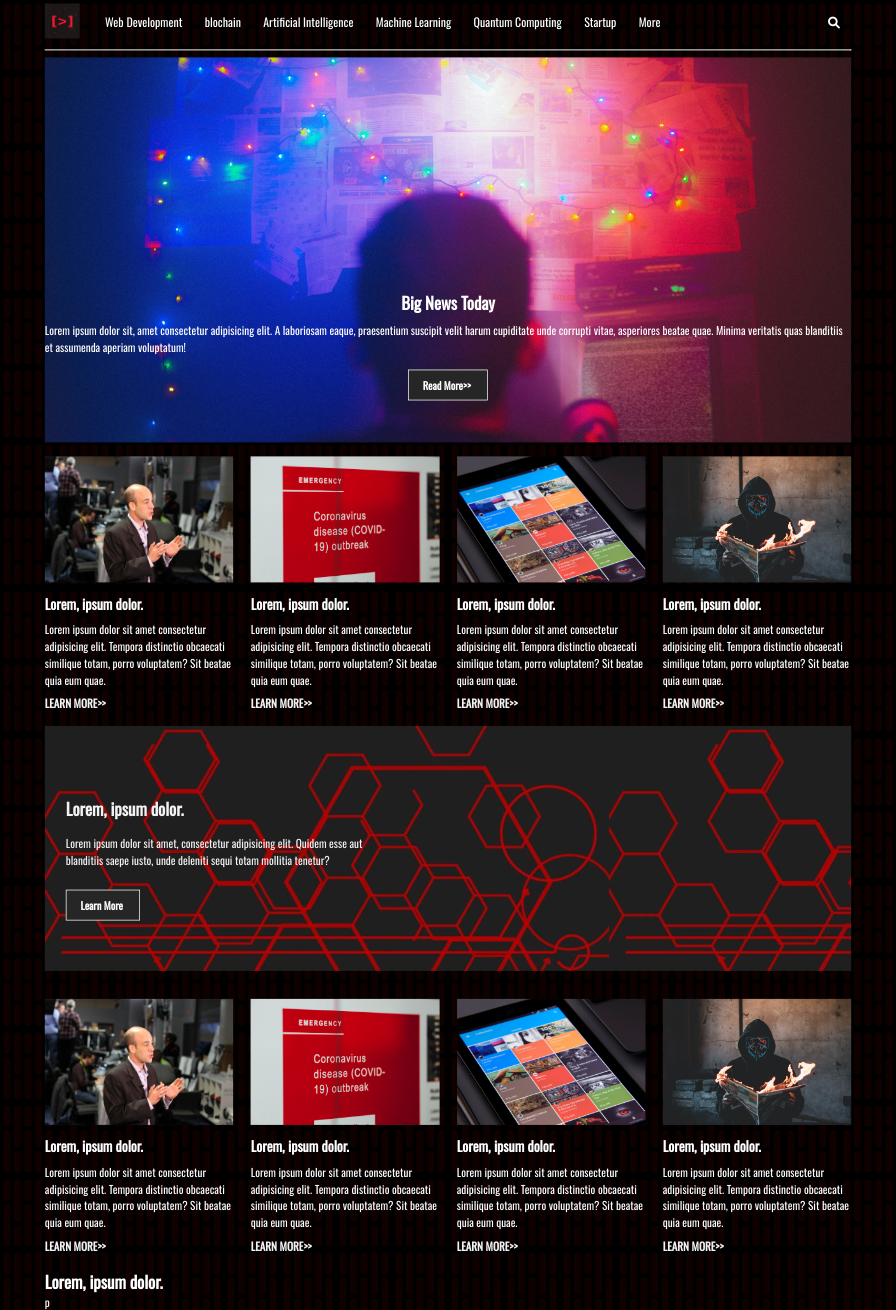
Repository: NickArregoces/News_Web
Page: index.html
The author's editor kept a copy of each file at every save. The page is drawn from the files as they stood at one save, then again after a run of saves.
The browser window is 1280 px wide. The pictures show the whole page, at 70% of full size.

Above is the page before, as saved 2021-12-24 19:59:09.

### index.html
<!DOCTYPE html>
<html lang="en">
<head>
    <meta charset="UTF-8">
    <meta http-equiv="X-UA-Compatible" content="IE=edge">
    <meta name="viewport" content="width=device-width, initial-scale=1.0">
    <title>TechNews</title>
    <!--FONT AWESOME-->
    <link rel="stylesheet" href="https://cdnjs.cloudflare.com/ajax/libs/font-awesome/6.0.0-beta3/css/all.min.css">

    <link rel="stylesheet" href="style.Css">
    <!--Oswald FONTS-->
    <link rel="preconnect" href="https://fonts.googleapis.com">
<link rel="preconnect" href="https://fonts.gstatic.com" crossorigin>
<link href="https://fonts.googleapis.com/css2?family=Oswald:wght@200;300;400&display=swap" rel="stylesheet">
</head>
<body>

    <div class="container">

        <nav class ="nav-main">
            <img src="img/brand.png" alt="" class="nav-brand">

            <ul class="nav-menu">
                <li>
                    <a href="#">Web Development</a>
                </li>
                <li>
                    <a href="#">blochain</a>
                </li>
                <li>
                    <a href="#">Artificial Intelligence</a>
                </li>
                <li>
                    <a href="#">Machine Learning</a>
                </li>
                <li>
                    <a href="#">Quantum Computing</a>
                </li>
                <li>
                    <a href="#">Startup</a>
                </li>
                <li>
                    <a href="#">More</a>
                </li>
            </ul>
            <ul class="nav-menu-right">
                <li>
                    <a href="">
                        <i class="fas fa-search"></i>
                    </a>
                </li>
            </ul>
        </nav>
        <hr> <!--Crea una linea -->


        <!--Showcase=Imagen pricnipal-->
        <header class="showcase">
            <h2>Big News Today</h2>
            <p>Lorem ipsum dolor sit, amet consectetur adipisicing elit. A laboriosam eaque, praesentium suscipit velit harum cupiditate unde corrupti vitae, asperiores beatae quae. Minima veritatis quas blanditiis et assumenda aperiam voluptatum!</p>
        <!--lorem30 te crea 30 palabras-->
            <a class="btn" href="#">Read More>> <i class="fas fa-angles-double-right"></i></a>
        </header>

        <!--NEWS CARDS(COLUMNAS)-->
        <div class="news-cards">
            <div class="">
                <img src="img/news1.jpg" alt="News 1">
                <h3>Lorem, ipsum dolor.</h3>
                <p>Lorem ipsum dolor sit amet consectetur adipisicing elit. Tempora distinctio obcaecati similique totam, porro voluptatem? Sit beatae quia eum quae.</p>
                <a href="">Learn More>><i class="fas fa-amgle-dpuble-right"></i></a>
            </div>
            <div class="">
                <img src="img/news2.jpg" alt="News 2">
                <h3>Lorem, ipsum dolor.</h3>
                <p>Lorem ipsum dolor sit amet consectetur adipisicing elit. Tempora distinctio obcaecati similique totam, porro voluptatem? Sit beatae quia eum quae.</p>
                <a href="">Learn More>><i class fas fa-amgle-dpuble-right></i></a>
            </div>
            <div class="">
                <img src="img/news3.jpg" alt="News 3">
                <h3>Lorem, ipsum dolor.</h3>
                <p>Lorem ipsum dolor sit amet consectetur adipisicing elit. Tempora distinctio obcaecati similique totam, porro voluptatem? Sit beatae quia eum quae.</p>
                <a href="">Learn More>><i class="fas fa-amgle-dpuble-right" ></i></a>
            </div>
            <div class="">
                <img src="img/news4.jpg" alt="News 4">
                <h3>Lorem, ipsum dolor.</h3>
                <p>Lorem ipsum dolor sit amet consectetur adipisicing elit. Tempora distinctio obcaecati similique totam, porro voluptatem? Sit beatae quia eum quae.</p>
                <a href="">Learn More>><i class="fas fa-amgle-dpuble-right"></i></a>
            </div>
        </div>

        <div>

            <section class="cards-banner-one">
                <div class="content">
                    <h2>Lorem, ipsum dolor.</h2>
                    <p>Lorem ipsum dolor sit amet, consectetur adipisicing elit. Quidem esse aut blanditiis saepe iusto, unde deleniti sequi totam mollitia tenetur?</p>
                    <a href="#" class="btn">Learn More <i class="fas fa-amgle-dpuble-right"></i></a>
                </div>

            </section>

            <!--NEWS CARDS(COLUMNAS)-->
        <div class="news-cards">
            <div class="">
                <img src="img/news1.jpg" alt="News 1">
                <h3>Lorem, ipsum dolor.</h3>
                <p>Lorem ipsum dolor sit amet consectetur adipisicing elit. Tempora distinctio obcaecati similique totam, porro voluptatem? Sit beatae quia eum quae.</p>
                <a href="">Learn More>><i class="fas fa-amgle-dpuble-right"></i></a>
            </div>
            <div class="">
                <img src="img/news2.jpg" alt="News 2">
                <h3>Lorem, ipsum dolor.</h3>
                <p>Lorem ipsum dolor sit amet consectetur adipisicing elit. Tempora distinctio obcaecati similique totam, porro voluptatem? Sit beatae quia eum quae.</p>
                <a href="">Learn More>><i class fas fa-amgle-dpuble-right></i></a>
            </div>
            <div class="">
                <img src="img/news3.jpg" alt="News 3">
                <h3>Lorem, ipsum dolor.</h3>
                <p>Lorem ipsum dolor sit amet consectetur adipisicing elit. Tempora distinctio obcaecati similique totam, porro voluptatem? Sit beatae quia eum quae.</p>
                <a href="">Learn More>><i class="fas fa-amgle-dpuble-right" ></i></a>
            </div>
            <div class="">
                <img src="img/news4.jpg" alt="News 4">
                <h3>Lorem, ipsum dolor.</h3>
                <p>Lorem ipsum dolor sit amet consectetur adipisicing elit. Tempora distinctio obcaecati similique totam, porro voluptatem? Sit beatae quia eum quae.</p>
                <a href="">Learn More>><i class="fas fa-amgle-dpuble-right"></i></a>
            </div>
        </div>

        <section class="cards-banner-two">
            <div class="contaer">
                <h2>Lorem, ipsum dolor.</h2>
                p

            </div>


        </section>



        </div>

    </div>


</body>
</html>

### style.Css
*{
    box-sizing: border-box;
    margin: 0;
    padding: 0;
}

body{
    background:#000000;
    color:#ffff;
    background-color: #000000;
    background-image: url("data:[embedded picture, 663 characters]");
    color:#1e272e;
    font-size: 16px;
    font-family: 'Oswald', sans-serif;
}

a{
    color: #ffff;
    text-decoration: none;
}

ul{
    list-style: none;
}
.container{
    width: 90%;/*responsive*/
    margin: auto;
    color: #ffff;/*MIO*/
}
/*Navigation*/
.nav-main{
    font-size: 17px;
    display: flex;/*Elememnto al lado de otro*/
    justify-content: space-between;
    align-items: center;
    height: 60px;
    padding: 20px 0px;
}
.nav-brand{
    width: 50px;
}

/*Nav Left*/
.nav-main ul{
    display:flex;
}

.nav-main ul li{
    padding: 10px;
}

.nav-main ul li a{
    padding: 6px;
}

.nav-main ul li a:hover {
    border-bottom: 2px solid #ffffff;
}
.nav-main ul.nav-menu{
    flex:1;
    margin-left: 20px;
}

/*Showcase*/
hr{
    margin:10px 0px;
}
.showcase{
    width: 100%;
    height: 550px;
    /*Arreglar img */
    background: url(/img/showcase2.jpg) no-repeat center center/cover;
    padding-bottom: 50px;
    margin-bottom: 20px;/*Margen interna*/
    display:flex;
    flex-direction: column;
    align-items: center;/*centrar P*/
    justify-content: flex-end; /*p al final*/
}

.btn{
    cursor: pointer;
    display: inline-block;
    border: 0;
    font-weight: bold;
    padding: 10px 20px;
    background: #262626;
    color:#ffffff;
    font-size: 15px;
    border: 1px solid #ffff;
    margin:10px 0px;
}

.btn:hover{
    opacity: 0.7;
}

.showcase h2,
.showcase p{
    margin-bottom: 10px;
}

/*News CARS*/
.news-cards{
    display: grid;
    grid-template-columns: 1fr 1fr 1fr 1fr;/*4 columnas*/
    gap: 25px;/*espaciado card*/
    margin: 10px 0;
}

.news-cards img{
    width:100%;
    height:  180px;
}

.news-cards h3{
    font-size: 20px;
    margin:  10px 0;

}

.news-cards a{
    padding: 10px 0;
    color: #f2f2f2;
    text-transform: uppercase;
    display: inline-block;
    font-weight: bold;
}

.news-cards a:hover{
    text-decoration: underline; /*Line debajo*/
}

/*Cards-banner-one*/

.cards-banner-one {
    width: 100%;
    height: 350px;
    background: url(./img/tech-red.jpg);
    margin-bottom: 40px;
}
.cards-banner-one .content{
    width: 40%;
    padding: 90px 0 0 30px;
    color: #f2f2f2;
}

.cards-banner-one p,
.cards-banner-one h2{
    margin: 10px 0 20px 0;

}

After the next 2 saves:
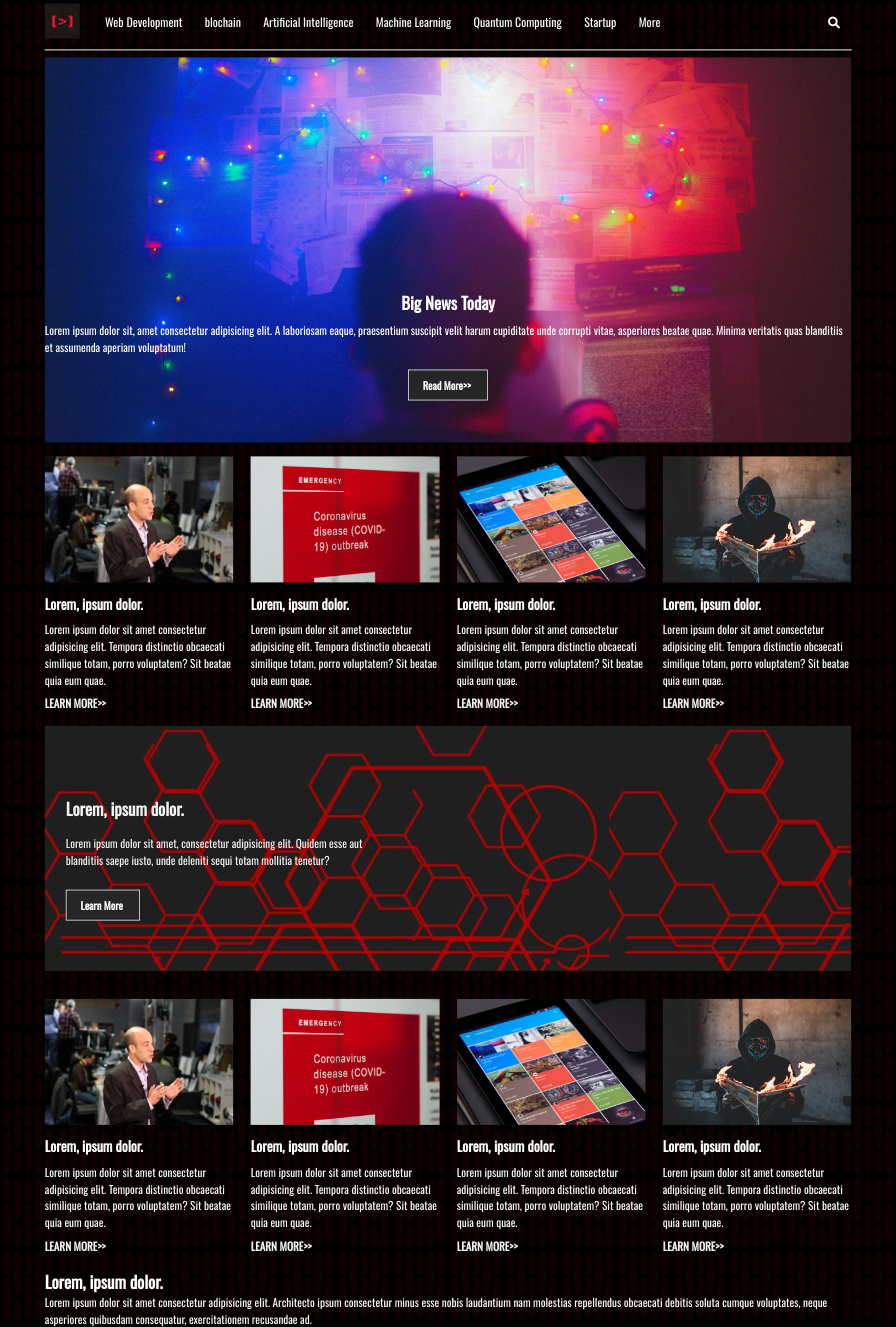
The 2 saves are shown as one change because they came seconds apart.
The last was saved 9 s later.
--- a/index.html
+++ b/index.html
@@ -133,7 +133,7 @@
         <section class="cards-banner-two">
             <div class="contaer">
                 <h2>Lorem, ipsum dolor.</h2>
-                p
+                <p>Lorem ipsum dolor sit amet consectetur adipisicing elit. Architecto ipsum consectetur minus esse nobis laudantium nam molestias repellendus obcaecati debitis soluta cumque voluptates, neque asperiores quibusdam consequatur, exercitationem recusandae ad.</p>
 
             </div>
 
